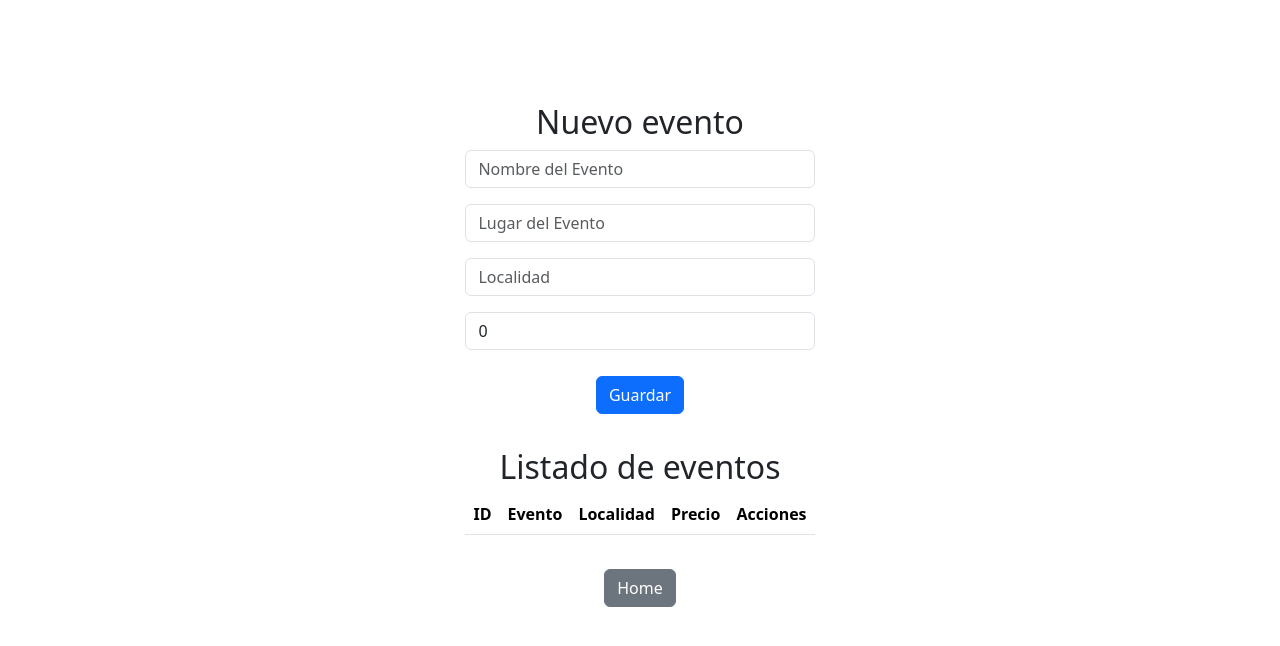
Repository: aagomezs/fasttickets
Page: /#/productos/add (app in frontend/)
These files come from the project's save history. The page is drawn as it stood at one moment and after the next save; the edit follows.
The browser window is 1280 px wide. The pictures show the whole page.
The page's requests for data from a server got no answer. The project was rebuilt for these pictures with package versions that can differ from the ones it lists, and the page was loaded fresh each time. No one was signed in, and anything a server would have sent is missing. Also part of the build but not shown: frontend/vite.config.js, frontend/src/services/clienteService.js, frontend/src/services/ventaService.js, frontend/src/components/Home.jsx, frontend/src/components/CustomHook.jsx, frontend/src/components/ClienteList.jsx, frontend/src/components/ClienteForm.jsx, frontend/src/components/VentaForm.jsx.

Above is the page before, as saved 2024-06-30 21:39:36.

### frontend/src/App.jsx
import React from 'react';
import { HashRouter as Router, Routes, Route } from 'react-router-dom';
import 'bootstrap/dist/css/bootstrap.min.css';
import Home from './components/Home';
import './App.css';

import ProductoList from './components/ProductoList';
import ProductoForm from './components/ProductoForm';
import ClienteList from './components/ClienteList';
import ClienteForm from './components/ClienteForm';
import VentaForm from './components/VentaForm';

function App() {
  return (
    <Router>
      <div className="app">
        <Routes>
          <Route path="/" element={<Home />} />
          <Route path="/productos" element={<ProductoList />} />
          <Route path="/productos/add" element={<ProductoForm />} />
          <Route path="/productos/edit/:id" element={<ProductoForm />} />
          <Route path="/clientes" element={<ClienteList />} />
          <Route path="/clientes/add" element={<ClienteForm />} />
          <Route path="/clientes/edit/:id" element={<ClienteForm />} />
          <Route path="/ventas/add" element={<VentaForm />} />
        </Routes>
      </div>
    </Router>
  );
}

export default App;

### frontend/src/components/ProductoList.jsx
import React, { useEffect, useState } from 'react';
import { useNavigate } from 'react-router-dom';
import { getAllProductos, deleteProducto } from '../services/productoService';

const ProductoList = () => {
  const [productos, setProductos] = useState([]);
  const navigate = useNavigate();

  useEffect(() => {
    fetchProductos();
  }, []);

  const fetchProductos = async () => {
    const data = await getAllProductos();
    setProductos(data);
  };

  const handleEdit = (id) => {
    navigate(`/productos/edit/${id}`);
  };

  const handleDelete = async (id) => {
    if (window.confirm('¿Estás seguro de eliminar este producto?')) {
      await deleteProducto(id);
      fetchProductos();
    }
  };

  return (
    <div className="mt-4">
      <h2>Listado de eventos</h2>
      <table className="table">
        <thead>
          <tr>
            <th>ID</th>
            <th>Evento</th>
            <th>Localidad</th>
            <th>Precio</th>
            <th>Acciones</th>
          </tr>
        </thead>
        <tbody>
          {productos.map(producto => (
            <tr key={producto.id}>
              <td>{producto.id}</td>
              <td>{producto.nombreEvento}</td>
              <td>{producto.localidad}</td>
              <td>{producto.precio}</td>
              <td>
                <button onClick={() => handleEdit(producto.id)} className="btn btn-sm btn-warning mr-2">Editar</button>
                <button onClick={() => handleDelete(producto.id)} className="btn btn-sm btn-danger">Eliminar</button>
              </td>
            </tr>
          ))}
        </tbody>
      </table>
    </div>
  );
};

export default ProductoList;

### frontend/src/components/ProductoForm.jsx
import React, { useState, useEffect } from 'react';
import { saveProducto, updateProducto, getProductoById } from '../services/productoService';
import { useNavigate, useParams } from 'react-router-dom';
import HomeButton from './HomeButton';
import ProductoList from './ProductoList';

const ProductoForm = () => {
  const [producto, setProducto] = useState({
    nombreEvento: '',
    lugarEvento: '',
    localidad: '',
    precio: 0
  });
  const navigate = useNavigate();
  const { id } = useParams();

  useEffect(() => {
    if (id) {
      getProductoById(id).then(data => setProducto(data));
    }
  }, [id]);

  const handleChange = (e) => {
    const { name, value } = e.target;
    setProducto({
      ...producto,
      [name]: value
    });
  };

  const handleSubmit = async (e) => {
    e.preventDefault();
    if (id) {
      await updateProducto(id, producto);
    } else {
      await saveProducto(producto);
    }
    navigate('/productos/add');
  };

  return (
    <div>
      <h2>Nuevo evento</h2>
      <form onSubmit={handleSubmit}>
        <input
          type="text"
          name="nombreEvento"
          value={producto.nombreEvento}
          onChange={handleChange}
          placeholder="Nombre del Evento"
          className="form-control mb-3"
        />
        <input
          type="text"
          name="lugarEvento"
          value={producto.lugarEvento}
          onChange={handleChange}
          placeholder="Lugar del Evento"
          className="form-control mb-3"
        />
        <input
          type="text"
          name="localidad"
          value={producto.localidad}
          onChange={handleChange}
          placeholder="Localidad"
          className="form-control mb-3"
        />
        <input
          type="number"
          name="precio"
          value={producto.precio}
          onChange={handleChange}
          placeholder="Precio"
          className="form-control mb-3"
        />
        <button type="submit" className="btn btn-primary">Guardar</button>
      </form>

      <ProductoList />

      <div className="mt-4">
        <HomeButton />
      </div>
    </div>
  );
};

export default ProductoForm;

### frontend/src/Home.css
  .container {
    margin-top: 50px;
  }

  .text-center {
    text-align: center;
  }

  .btn {
    margin: 10px 0;
  }

  .list-group-item {
    margin: 5px 0;
  }

### frontend/src/services/productoService.js
import axios from 'axios';

const apiUrl = 'http://localhost:8000/productos';

export const getAllProductos = async () => {
  const response = await axios.get(`${apiUrl}/all`);
  return response.data;
};

export const getProductoById = async (id) => {
  const response = await axios.get(`${apiUrl}/${id}`);
  return response.data;
};

export const saveProducto = async (producto) => {
  const response = await axios.post(`${apiUrl}/save`, producto, {
    headers: {
      'Content-Type': 'application/json',
    },
  });
  return response.data;
};

export const updateProducto = async (id, producto) => {
  const response = await axios.put(`${apiUrl}/update/${id}`, producto, {
    headers: {
      'Content-Type': 'application/json',
    },
  });
  return response.data;
};

export const deleteProducto = async (id) => {
  await axios.delete(`${apiUrl}/delete/${id}`);
};

### frontend/src/components/HomeButton.jsx
import React from 'react';
import { useNavigate } from 'react-router-dom';

const HomeButton = () => {
  const navigate = useNavigate();

  return (
    <button onClick={() => navigate('/')} className="btn btn-secondary">
      Home
    </button>
  );
};

export default HomeButton;

Loaded but not shown: frontend/index.html (common file); frontend/src/main.jsx (common file); frontend/src/index.css (common file); frontend/src/App.css (common file)

After the next save:
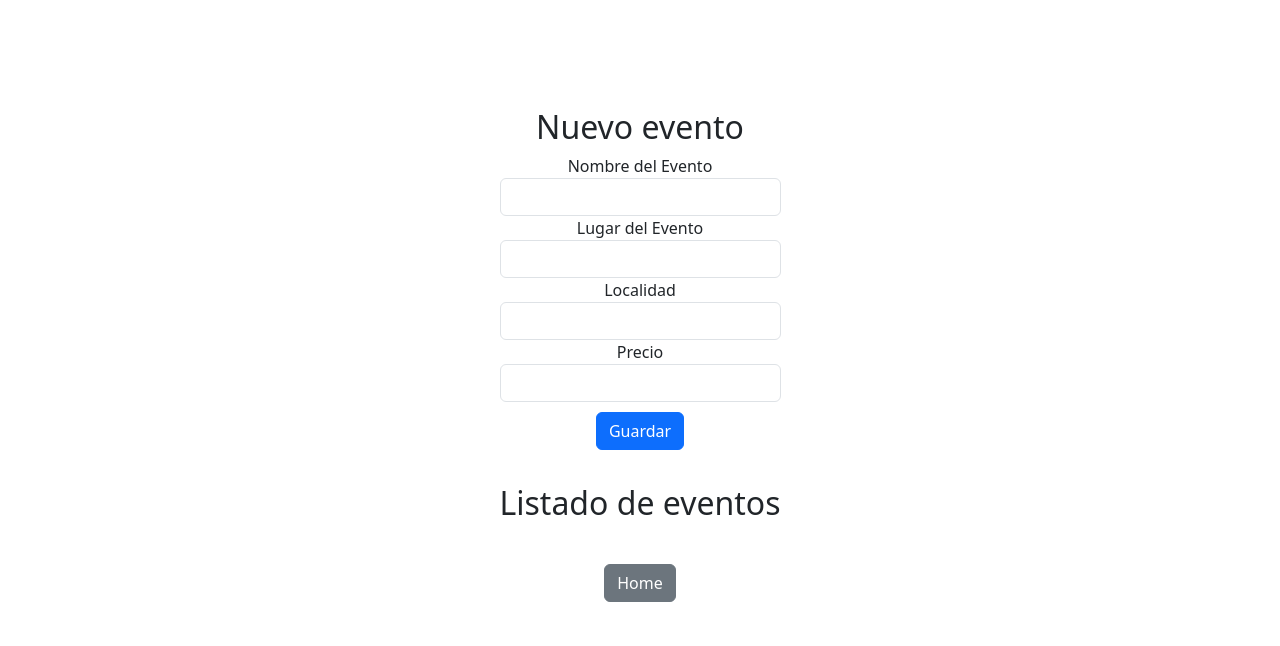
Saved 3 min 23 s later.
--- a/frontend/src/components/ProductoForm.jsx
+++ b/frontend/src/components/ProductoForm.jsx
@@ -1,31 +1,30 @@
 import React, { useState, useEffect } from 'react';
-import { saveProducto, updateProducto, getProductoById } from '../services/productoService';
+import { saveProducto, updateProducto, getProductoById, getAllProductos, deleteProducto } from '../services/productoService';
 import { useNavigate, useParams } from 'react-router-dom';
-import HomeButton from './HomeButton';
-import ProductoList from './ProductoList';
+import HomeButton from './HomeButton'; // Asegúrate de importar HomeButton correctamente
 
 const ProductoForm = () => {
-  const [producto, setProducto] = useState({
-    nombreEvento: '',
-    lugarEvento: '',
-    localidad: '',
-    precio: 0
-  });
+  const [producto, setProducto] = useState({ id: '', nombreEvento: '', lugarEvento: '', localidad: '', precio: '' });
+  const [productos, setProductos] = useState([]);
   const navigate = useNavigate();
   const { id } = useParams();
 
   useEffect(() => {
-    if (id) {
-      getProductoById(id).then(data => setProducto(data));
-    }
+    const fetchProducto = async () => {
+      if (id) {
+        const producto = await getProductoById(id);
+        setProducto(producto);
+      }
+      const productos = await getAllProductos();
+      setProductos(productos);
+    };
+
+    fetchProducto();
   }, [id]);
 
-  const handleChange = (e) => {
+  const handleInputChange = (e) => {
     const { name, value } = e.target;
-    setProducto({
-      ...producto,
-      [name]: value
-    });
+    setProducto({ ...producto, [name]: value });
   };
 
   const handleSubmit = async (e) => {
@@ -33,51 +32,57 @@
     if (id) {
       await updateProducto(id, producto);
     } else {
-      await saveProducto(producto);
+      const newProducto = await saveProducto(producto);
+      setProductos([...productos, newProducto]); // Agrega el nuevo producto a la lista
     }
-    navigate('/productos/add');
+    navigate('/productos');
+  };
+
+  const handleDelete = async (id) => {
+    if (window.confirm('¿Estás seguro de eliminar este producto?')) {
+      await deleteProducto(id);
+      setProductos(productos.filter(producto => producto.id !== id));
+    }
   };
 
   return (
     <div>
       <h2>Nuevo evento</h2>
       <form onSubmit={handleSubmit}>
-        <input
-          type="text"
-          name="nombreEvento"
-          value={producto.nombreEvento}
-          onChange={handleChange}
-          placeholder="Nombre del Evento"
-          className="form-control mb-3"
-        />
-        <input
-          type="text"
-          name="lugarEvento"
-          value={producto.lugarEvento}
-          onChange={handleChange}
-          placeholder="Lugar del Evento"
-          className="form-control mb-3"
-        />
-        <input
-          type="text"
-          name="localidad"
-          value={producto.localidad}
-          onChange={handleChange}
-          placeholder="Localidad"
-          className="form-control mb-3"
-        />
-        <input
-          type="number"
-          name="precio"
-          value={producto.precio}
-          onChange={handleChange}
-          placeholder="Precio"
-          className="form-control mb-3"
-        />
+        <div className="form-group">
+          <label>Nombre del Evento</label>
+          <input type="text" className="form-control" name="nombreEvento" value={producto.nombreEvento} onChange={handleInputChange} required />
+        </div>
+        <div className="form-group">
+          <label>Lugar del Evento</label>
+          <input type="text" className="form-control" name="lugarEvento" value={producto.lugarEvento} onChange={handleInputChange} required />
+        </div>
+        <div className="form-group">
+          <label>Localidad</label>
+          <input type="text" className="form-control" name="localidad" value={producto.localidad} onChange={handleInputChange} required />
+        </div>
+        <div className="form-group">
+          <label>Precio</label>
+          <input type="number" className="form-control" name="precio" value={producto.precio} onChange={handleInputChange} required />
+        </div>
         <button type="submit" className="btn btn-primary">Guardar</button>
       </form>
 
-      <ProductoList />
+      <div className="mt-4">
+        <h2>Listado de eventos</h2>
+        <ul className="list-group">
+          {productos.map(producto => (
+            <li key={producto.id} className="list-group-item d-flex justify-content-between align-items-center">
+              <div>
+                {producto.nombreEvento}
+                <br />
+                <small>{producto.lugarEvento} - {producto.localidad} - {producto.precio}</small>
+              </div>
+              <button onClick={() => handleDelete(producto.id)} className="btn btn-sm btn-danger">Eliminar</button>
+            </li>
+          ))}
+        </ul>
+      </div>
 
       <div className="mt-4">
         <HomeButton />
